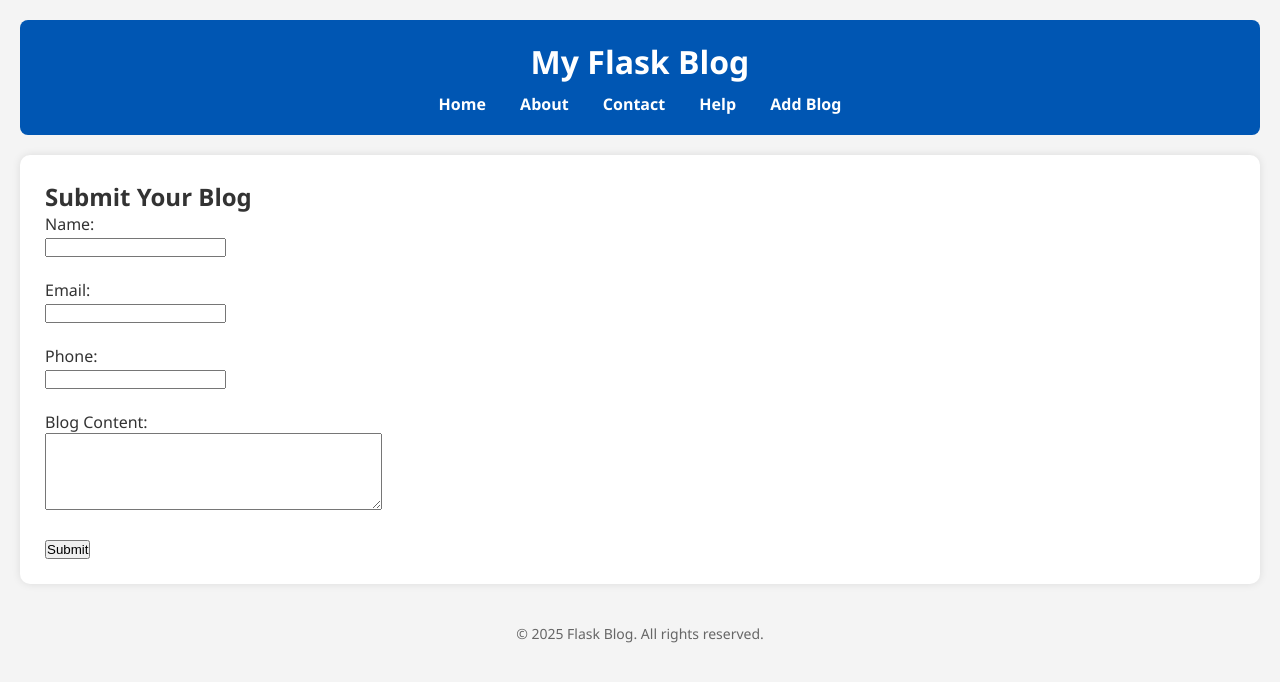
Repository: ankitg-02/FLASK
Page: http://localhost/add_blog
The author's editor kept a copy of each file at every save. The page is drawn from the files as they stood at one save, then again after the next save.
The browser window is 1280 px wide. The pictures show the whole page.
The page is served by the project's application, run on Flask 3 (app.py).

Above is the page before, as saved 2025-05-19 13:15:22.

After the next save:
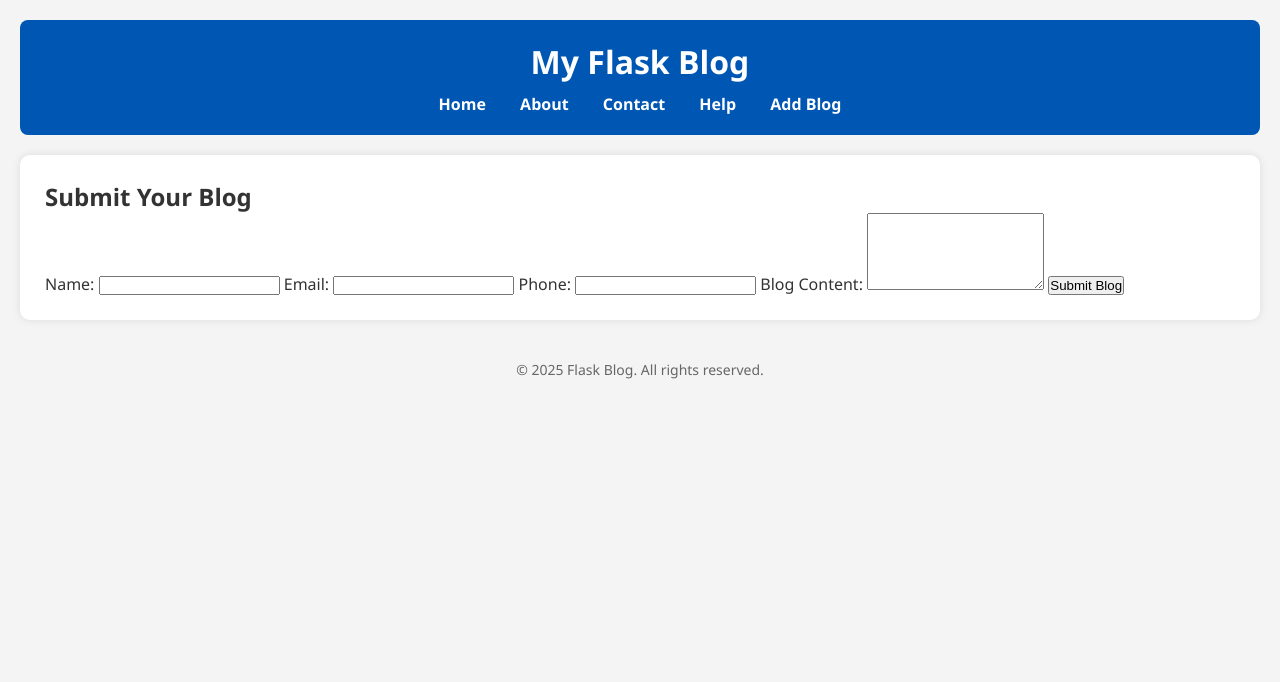
Saved 3 min 29 s later.
--- a/Project2/templates/add_blog.html
+++ b/Project2/templates/add_blog.html
@@ -1,19 +1,33 @@
 {% extends 'base.html' %} {% block title %}Add Blog - My Blog{% endblock %} {%
 block content %}
-<h2>Submit Your Blog</h2>
-<form method="POST" action="/add_blog">
-  <label>Name:</label><br />
-  <input type="text" name="name" required /><br /><br />
+<div class="form-container">
+  <h2>Submit Your Blog</h2>
+  <form
+    method="POST"
+    action="/add_blog"
+    class="blog-form"
+    onsubmit="return validateForm()"
+  >
+    <label>Name:</label>
+    <input type="text" name="name" required />
 
-  <label>Email:</label><br />
-  <input type="email" name="email" required /><br /><br />
+    <label>Email:</label>
+    <input type="email" name="email" required />
 
-  <label>Phone:</label><br />
-  <input type="text" name="phone" required /><br /><br />
+    <label>Phone:</label>
+    <input type="tel" name="phone" pattern="[0-9]{10}" required />
 
-  <label>Blog Content:</label><br />
-  <textarea name="content" rows="5" cols="40" required></textarea><br /><br />
+    <label>Blog Content:</label>
+    <textarea name="content" rows="5" required></textarea>
 
-  <button type="submit">Submit</button>
-</form>
+    <button type="submit">Submit Blog</button>
+  </form>
+</div>
+
+<script>
+  function validateForm() {
+    alert("Thank you! Your blog has been submitted.");
+    return true;
+  }
+</script>
 {% endblock %}
